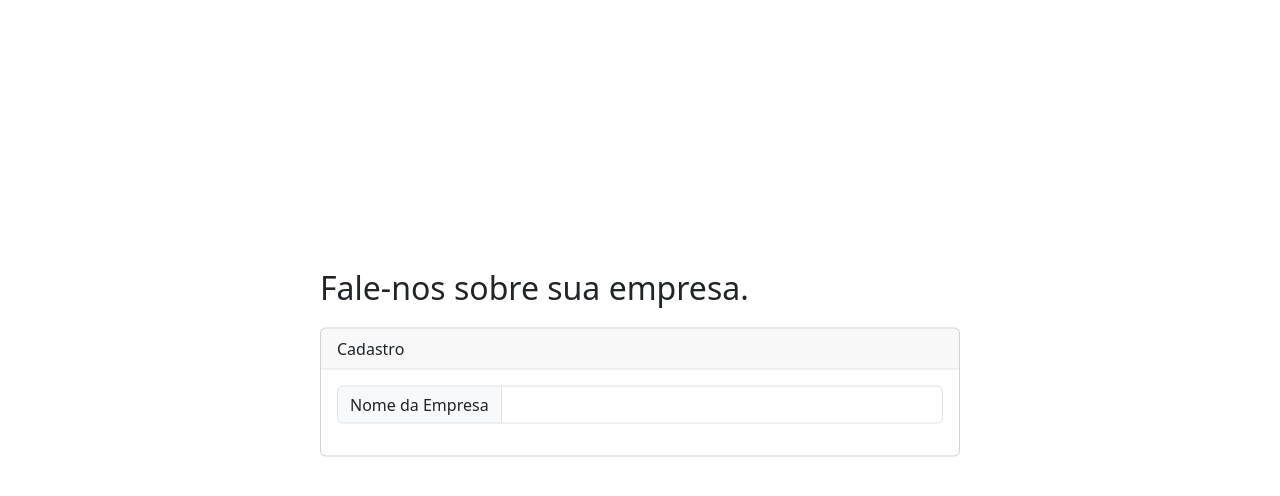
Repository: vandrecx/utilitaries
Page: http://localhost/login_archive/cadastro.php
These files come from the project's save history. The page is drawn as it stood at one moment and after the next save; the edit follows.
The browser window is 1280 px wide. The pictures show the whole page.
The page is run by PHP 8.4 with error messages shown; the project is at /var/www/html/.

Above is the page before, as saved 2024-05-03 12:45:35.

After the next save:
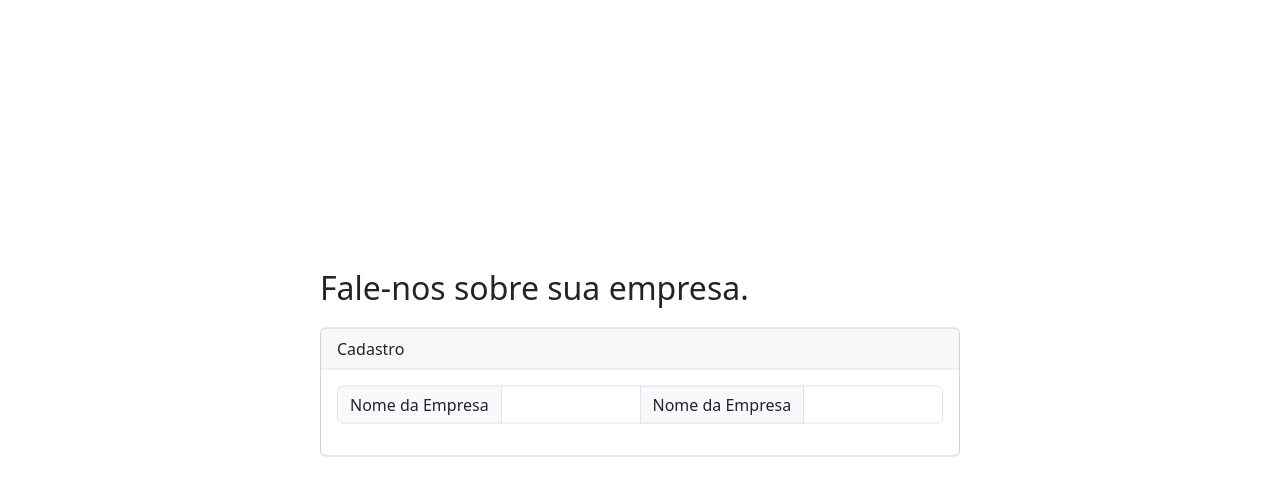
Saved 18 s later.
--- a/login_archive/cadastro.php
+++ b/login_archive/cadastro.php
@@ -25,6 +25,8 @@ include 'funcoes.php';
                     <div class="input-group mb-3">
                         <span class="input-group-text" id="inputGroup-sizing-default">Nome da Empresa</span>
                         <input type="text" class="form-control" aria-label="Sizing example input" aria-describedby="inputGroup-sizing-default">
+                        <span class="input-group-text" id="inputGroup-sizing-default">Nome da Empresa</span>
+                        <input type="text" class="form-control" aria-label="Sizing example input" aria-describedby="inputGroup-sizing-default">
                     </div>
                 </form>
             </div>
